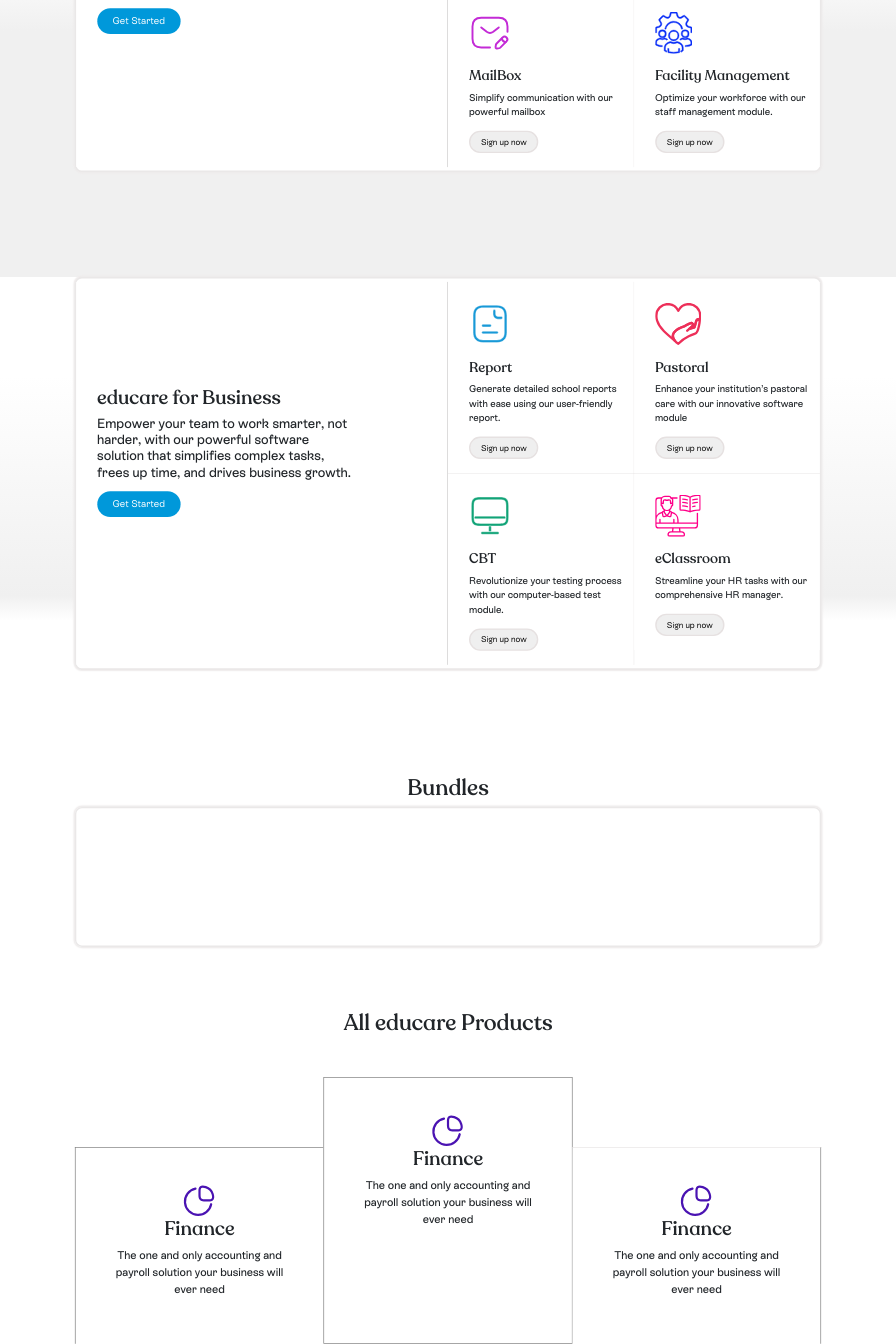
Repository: sarahnnanyelugo/educare-web
Page: /
These files come from the project's save history. The page is drawn as it stood at one moment and after the next save; the edit follows.
The browser window is 1280 px wide. The pictures show the part of the page from y = 1494 to 3414 px (the page is 3414 px tall), at 70% of full size.
The project was rebuilt for these pictures with package versions that can differ from the ones it lists, and the page was loaded fresh each time.

Above is the page before, as saved 2023-04-05 10:20:51.

### src/App.jsx
import React from "react";
import logo from "./logo.svg";
import "./App.scss";
import "bootstrap/dist/css/bootstrap.min.css";
import { BrowserRouter, Routes, Route, Link, Outlet } from "react-router-dom";
import NavBar from "./components/NavBar/NavBar";
import { Home } from "./pages/Home/Home";

function App() {
  return (
    <>
      {" "}
      <NavBar />
      <Routes>
        <Route path="/" element={<Home />} />
      </Routes>
    </>
  );
}

export default App;

### src/App.scss
@font-face {
  font-family: rebondG;
  src: url(./assets/fonts/Rebond_font/RebondG.otf);
}
@font-face {
  font-family: rebondG-Bold;
  src: url(./assets/fonts/Rebond_font/RebondG-Bold.otf);
}
@font-face {
  font-family: rebondG-Medium;
  src: url(./assets/fonts/Rebond_font/RebondGrotesqueMedium.otf);
}

@font-face {
  font-family: recoMedium;
  src: url(./assets/fonts/Recoleto-font/RecoletaAlt-Medium.ttf);
}

h1,
h2,
h3,
h4,
h5,
h6 {
  font-family: recoMedium;
}
p {
  font-family: rebondG-Medium;
}
@media screen and (min-width: 620px) {
  .flexy {
    display: flex;
  }
}

### src/components/NavBar/NavBar.tsx
import React from "react";
import Logo from "../../assets/images/educare-logo.png";
import { Link, NavLink } from "react-router-dom";
import "./_navbar.scss";

function NavBar() {
  return (
    <div className="navbar-container">
      <div className="logo-holder  ">
        {" "}
        <Link to={"/"}>
          {" "}
          <img className="   logo" src={Logo} alt="Scholar" />
        </Link>
      </div>
      <ul className=" list-inline list-unstyled nav-links-container">
        <li className="list-inline-item">
          <NavLink to={""} className="nav-links">
            Solutions{" "}
            <span>
              <i className="icofont-curved-down"></i>
            </span>
          </NavLink>
        </li>{" "}
        <li className="list-inline-item">
          <NavLink to={""} className="nav-links">
            Resources
          </NavLink>
        </li>{" "}
        <li className="list-inline-item">
          <NavLink to={""} className="nav-links">
            Pricing
          </NavLink>
        </li>{" "}
        <li className="list-inline-item">
          <NavLink to={""} className="nav-links">
            Support
          </NavLink>
        </li>
      </ul>
      <div className="nav-buttons">
        <button className="sign-in-button">Log in</button>
        <button className="get-started-button">Get Started</button>
      </div>
    </div>
  );
}

export default NavBar;

### src/pages/Home/Home.tsx
import React from "react";
import { RandomComponent } from "./RandomComponent/RandomComponent";
import "./_home.scss";
import RedIcon from "../../assets/images/red-dots.svg";
import BlueIcon from "../../assets/images/blue-dots.svg";
import YellowIcon from "../../assets/images/yellow-dots.svg";
import HalfCircle from "../../assets/images/half-circle.svg";
import People from "../../assets/images/people.svg";
import Mail from "../../assets/images/edit.svg";
import People2 from "../../assets/images/people2.svg";
import Pastoral from "../../assets/images/pastoral.svg";
import Chart from "../../assets/images/chart.svg";
import Screen from "../../assets/images/screen.svg";
import Classroom from "../../assets/images/read-book.svg";
import Features from "./Features/Features";
import EducareProducts from "./EducareProducts/EducareProducts";

export const Home = () => {
  return (
    <>
      <div className="col-md-12 modern-solutions-container">
        <center>
          <div className="col-md-6">
            <h1>Modern solution for your Business</h1>
            <p>
              Unlock Your Business’s Potential with Cutting-Edge Software
              Solutions Designed to Streamline Operations, Optimize Performance,
              and Drive Growth.
            </p>
            <button className="gs-button">Get started</button>
            <button className="request-button">Request for a demo</button>
          </div>
        </center>
      </div>
      <div className="col-md-12 actions-container">
        <div className="col-md-4">
          <div className="col-md-9">
            {" "}
            <RandomComponent
              title="Pick your tools"
              icon={RedIcon}
              paragraph=" Unlock Your Business Potential with Cutting-Edge Software  Solutions Designed to Streamline"
            />
          </div>
        </div>
        <div className="col-md-4">
          <div className="col-md-9">
            {" "}
            <RandomComponent
              title="work smart not hard"
              icon={YellowIcon}
              paragraph="Choose from our wide range of tools and select the ones that best fit Your business’s unique needs and goals.”"
            />
          </div>
        </div>
        <div className="col-md-4">
          <div className="col-md-9">
            {" "}
            <RandomComponent
              title="We’ve got your back"
              icon={BlueIcon}
              paragraph="You can count on our support and expertise every step of the way, so you can focus on your business’s growth and success."
            />
          </div>
        </div>
      </div>
      <div className="features-heading">
        <center>
          <h1>Featured Products</h1>
        </center>
      </div>
      <div
        className="col-md-12  flexy features-holder"
        style={{ paddingBottom: "150px" }}
      >
        <div className="col-md-1">&nbsp;</div>
        <div className="col-md-10  features-container flexy">
          <div className="col-md-6 first-container">
            <h3>educare for Business</h3>
            <p>
              Empower your team to work smarter, not harder, with our powerful
              software solution that simplifies complex tasks, frees up time,
              and drives business growth.
            </p>
            <button>Get Started</button>
          </div>
          <div className="col-md-6">
            <div className="col-md-12 flexy">
              {" "}
              <div className="col-md-6 right-features">
                <Features
                  feature="Finance"
                  detail="The one and only accounting and payroll solution your business will ever need"
                  icon={HalfCircle}
                />{" "}
              </div>{" "}
              <div className="col-md-6">
                <Features
                  feature="HR Manager"
                  detail="The one and only accounting and payroll solution your business will ever need"
                  icon={People2}
                />{" "}
              </div>
            </div>
            <div className="col-md-12 flexy second-grid">
              {" "}
              <div className="col-md-6 right-features">
                <Features
                  feature="MailBox"
                  detail="Simplify communication with our powerful mailbox"
                  icon={Mail}
                />{" "}
              </div>{" "}
              <div className="col-md-6">
                <Features
                  feature="Facility Management"
                  detail="Optimize your workforce with our staff management module."
                  icon={People}
                />{" "}
              </div>
            </div>
          </div>
        </div>
      </div>{" "}
      <div className="col-md-12  flexy features-holder2">
        <div className="col-md-1">&nbsp;</div>
        <div className="col-md-10  features-container flexy ">
          <div className="col-md-6 first-container">
            <h3>educare for Business</h3>
            <p>
              Empower your team to work smarter, not harder, with our powerful
              software solution that simplifies complex tasks, frees up time,
              and drives business growth.
            </p>
            <button>Get Started</button>
          </div>
          <div className="col-md-6">
            <div className="col-md-12 flexy">
              {" "}
              <div className="col-md-6 right-features">
                <Features
                  feature="Report"
                  detail="Generate detailed school reports with ease using our user-friendly report."
                  icon={Chart}
                />{" "}
              </div>{" "}
              <div className="col-md-6">
                <Features
                  feature="Pastoral"
                  detail="Enhance your institution’s pastoral care with our innovative software module"
                  icon={Pastoral}
                />{" "}
              </div>
            </div>
            <div className="col-md-12 flexy second-grid">
              {" "}
              <div className="col-md-6 right-features">
                <Features
                  feature="CBT"
                  detail="Revolutionize your testing process with our computer-based test module."
                  icon={Screen}
                />{" "}
              </div>{" "}
              <div className="col-md-6">
                <Features
                  feature="eClassroom"
                  detail="Streamline your HR tasks with our comprehensive HR manager."
                  icon={Classroom}
                />{" "}
              </div>
            </div>
          </div>
        </div>
      </div>
      <center className="mt">
        <h2>Bundles</h2>
      </center>
      <div className="col-md-12 bundles-container flexy">
        <div className="col-md-1">&nbsp;</div>
        <div className="col-md-10 bundles"></div>
      </div>
      <center className="mt9">
        <h2>All educare Products</h2>
      </center>
      <div className="col-md-12 flexy">
        <div className="col-md-1">&nbsp;</div>
        <div className="col-md-10  flexy products-container">
          <div className="col-md-4 first-product-column">
            <EducareProducts
              productName="Finance"
              productDetail="The one and only accounting and payroll solution your business will ever need"
              productIcon={HalfCircle}
            />
          </div>{" "}
          <div className="col-md-4 second-product-column">
            <EducareProducts
              productName="Finance"
              productDetail="The one and only accounting and payroll solution your business will ever need"
              productIcon={HalfCircle}
            />
          </div>
          <div className="col-md-4 third-product-column">
            <EducareProducts
              productName="Finance"
              productDetail="The one and only accounting and payroll solution your business will ever need"
              productIcon={HalfCircle}
            />
          </div>
        </div>
      </div>
    </>
  );
};

### src/components/NavBar/_navbar.scss
@import "../../variables";
@import "../../shared-styles";

.navbar-container {
  background: inherit;
  padding: 5px 80px;
  display: flex;

  .logo-holder {
    flex-grow: 1;
  }
  .nav-links-container {
    flex-grow: 1;
    margin-top: 20px;
    .nav-links {
      margin: 20px;
      color: #6f6f71;
      text-decoration: none;
      font-family: rebondG-Bold;
    }
    li {
      padding: 3px 0px;
      border-radius: 35px;
      transition: 0.5s ease;
      &:hover {
        background: rgb(224, 222, 222) !important;

        border: solid 1px grey;
      }
    }
  }
  .nav-buttons {
    .get-started-button {
      @include get-started-button;
      margin-left: 10px;
      margin-top: 20px;
    }
    .sign-in-button {
      @include login-or-signup-button;
      margin-top: 20px;
    }
  }
}

### src/pages/Home/RandomComponent/RandomComponent.tsx
import React from "react";
import "./_random-component.scss";
export interface RandomComponentProps {
  title: string;
  paragraph: string;
  icon: string;
}
export const RandomComponent = (props: RandomComponentProps) => {
  return (
    <div className="col-md-12 random-container">
      <div className="heading">
        {" "}
        <img className="" src={props.icon} alt="Scholar" width="100%" />
        <h3>{props.title}</h3>
      </div>
      <p>{props.paragraph}</p>
    </div>
  );
};

### src/pages/Home/_home.scss
@import "../../variables";
@import "../../shared-styles";

.modern-solutions-container {
  padding-top: 80px;
  padding-bottom: 150px;
  background: rgb(240, 240, 240);
  background: linear-gradient(
    0deg,
    rgba(240, 240, 240, 1) 51%,
    rgba(255, 255, 255, 1) 67%
  );

  h1 {
    font-family: recoMedium;
  }
  p {
    font-family: rebondG-Medium;
    font-size: 20px;
    margin-top: 15px;
  }
  .gs-button {
    @include get-started-button;
  }
  .request-button {
    @include login-or-signup-button;
    margin-left: 5px;
  }
}
.actions-container {
  background: $lightblue;
  height: fit-content;
  display: flex;
  padding: 80px 100px;
}
.features-heading {
  margin-top: 170px;
  margin-bottom: 90px;
}
.features-container {
  border: solid 2px rgb(234, 232, 232);
  box-shadow: 0 0 2px 2px rgb(238, 235, 235);
  border-radius: 10px !important;
  height: fit-content;
  // margin-top: 20px;
  padding-bottom: 5px;
  padding-top: 5px;
  background: #fff;
  .first-container {
    padding-right: 130px;
    background: #fff;
    padding-left: 30px;
    border-right: solid 1px rgb(206, 205, 205);
    h3 {
      margin-top: 150px;
    }
    p {
      font-size: 19px;
      line-height: 23px;
    }
    button {
      @include get-started-button;
      margin-bottom: 120px;
    }
  }
  .second-grid {
    border-top: solid 1px rgb(231, 228, 228);
    // box-shadow: 0 0 1px 1px rgb(238, 235, 235);
  }
  .right-features {
    // box-shadow: 0 0 1px 1px rgb(238, 235, 235);
    border-right: solid 1px rgb(231, 228, 228);
  }
}
.features-holder {
  background: rgb(240, 240, 240);
  background: linear-gradient(
    0deg,
    rgba(240, 240, 240, 1) 51%,
    rgba(255, 255, 255, 1) 67%
  );
}
.features-holder2 {
  background: rgb(255, 255, 255);
  background: linear-gradient(
    0deg,
    rgba(255, 255, 255, 1) 31%,
    rgba(240, 240, 240, 1) 36%,
    rgba(255, 255, 255, 1) 80%
  );
  padding-bottom: 150px;
}
.bundles {
  border: solid 2px rgb(234, 232, 232);
  box-shadow: 0 0 2px 2px rgb(238, 235, 235);
  border-radius: 10px !important;
  height: 200px;
  // margin-top: 20px;
  padding-bottom: 5px;
  padding-top: 5px;
}
.products-container {
  .first-product-column {
    padding: 50px 40px;
    background: #ffff;
    border-top: solid 1px grey;
    border-left: solid 1px grey;
    margin-top: 150px;
  }
  .second-product-column {
    padding: 50px 40px;
    background: #ffff;
    border: solid 1px grey;

    margin-top: 50px;
  }
  .third-product-column {
    padding: 50px 40px;
    background: #ffff;
    border-top: solid 1px rgb(233, 229, 229);
    border-right: solid 1px grey;
    margin-top: 150px;
  }
}

### src/pages/Home/Features/Features.tsx
import React from "react";
import "./_features.scss";
export interface featuresProps {
  feature: string;
  detail: string;
  icon: string;
}
export const Features = (props: featuresProps) => {
  return (
    <>
      <div className="col-md-12 features">
        <img className="" src={props.icon} alt="Scholar" />
        <h5>{props.feature}</h5>
        <p>{props.detail}</p>
        <button>Sign up now</button>
      </div>
    </>
  );
};

export default Features;

### src/pages/Home/EducareProducts/EducareProducts.tsx
import React from "react";
import './educare-products.scss'
export interface ProductComponentProps {
  productName: string;
  productDetail: string;
  productIcon: string;
}
export const EducareProducts = (props: ProductComponentProps) => {
  return (
    <>
      <div className="col-md-12 educare-products">
        <center>
          <img
            className=""
            src={props.productIcon}
            alt="Scholar"
            width="100%"
          />
          <h3>{props.productName}</h3>
          <p>{props.productDetail}</p>
        </center>
      </div>
    </>
  );
};

export default EducareProducts;

### src/_variables.scss
$blue: #0098da;
$lightblue: #e1f2fa;

@mixin get-started-button {
  background-color: $blue;
  color: #fff;
  border-radius: 35px;
  border: none;
  padding: 8px 22px;
  font-size: 14px;
  font-family: rebondG;
  &:hover {
    background: #005b83;
    transition: 0.5s ease;
  }
}
@mixin login-or-signup-button {
  baclground: #fff;
  color: black;
  border-radius: 20px;
  padding: 5px 15px;
  font-size: 12px;
  border: none;
  border: solid 2px rgb(230, 225, 225);
  font-family: rebondG;
  &:hover {
    background: grey;
    transition: 0.5s ease;
  }
}

### src/_shared-styles.scss
.mt1 {
  margin-top: 10px;
}
.mt2 {
  margin-top: 20px;
}
.mt3 {
  margin-top: 30px;
}
.mt4 {
  margin-top: 40px;
}
.mt5 {
  margin-top: 50px;
}
.mt6 {
  margin-top: 60px;
}
.mt7 {
  margin-top: 70px;
}
.mt8 {
  margin-top: 80px;
}
.mt9 {
  margin-top: 90px;
}

### src/pages/Home/RandomComponent/_random-component.scss
.random-container {
  img {
    width: 20px;
    // margin-right: 10px;
  }
  .heading {
    display: flex;
    h3 {
      font-family: recoMedium;
      margin-left: 10px;
    }
  }
  p {
    font-family: rebondG-Medium;
    margin-left: 30px;
    font-size: 17px;
  }
}

### src/pages/Home/Features/_features.scss
@import "../../../variables";
@import "../../../shared-styles";

.features {
  padding-left: 30px;
  height: fit-content;
  padding-bottom: 20px;
  background: #fff;
  img {
    height: 60px;
    margin-left: 0 !important;
    margin-top: 30px;
    margin-bottom: 20px;
  }
  button {
    @include login-or-signup-button;
    // margin-bottom: 50px;
  }
  p {
    font-size: 14px;
  }
}

### src/pages/Home/EducareProducts/educare-products.scss
.educare-products {
  img {
    height: 50px;
  }
}

Loaded but not shown: public/index.html (common file); src/index.tsx (common file); src/index.css (common file); src/reportWebVitals.ts (common file)

After the next save:
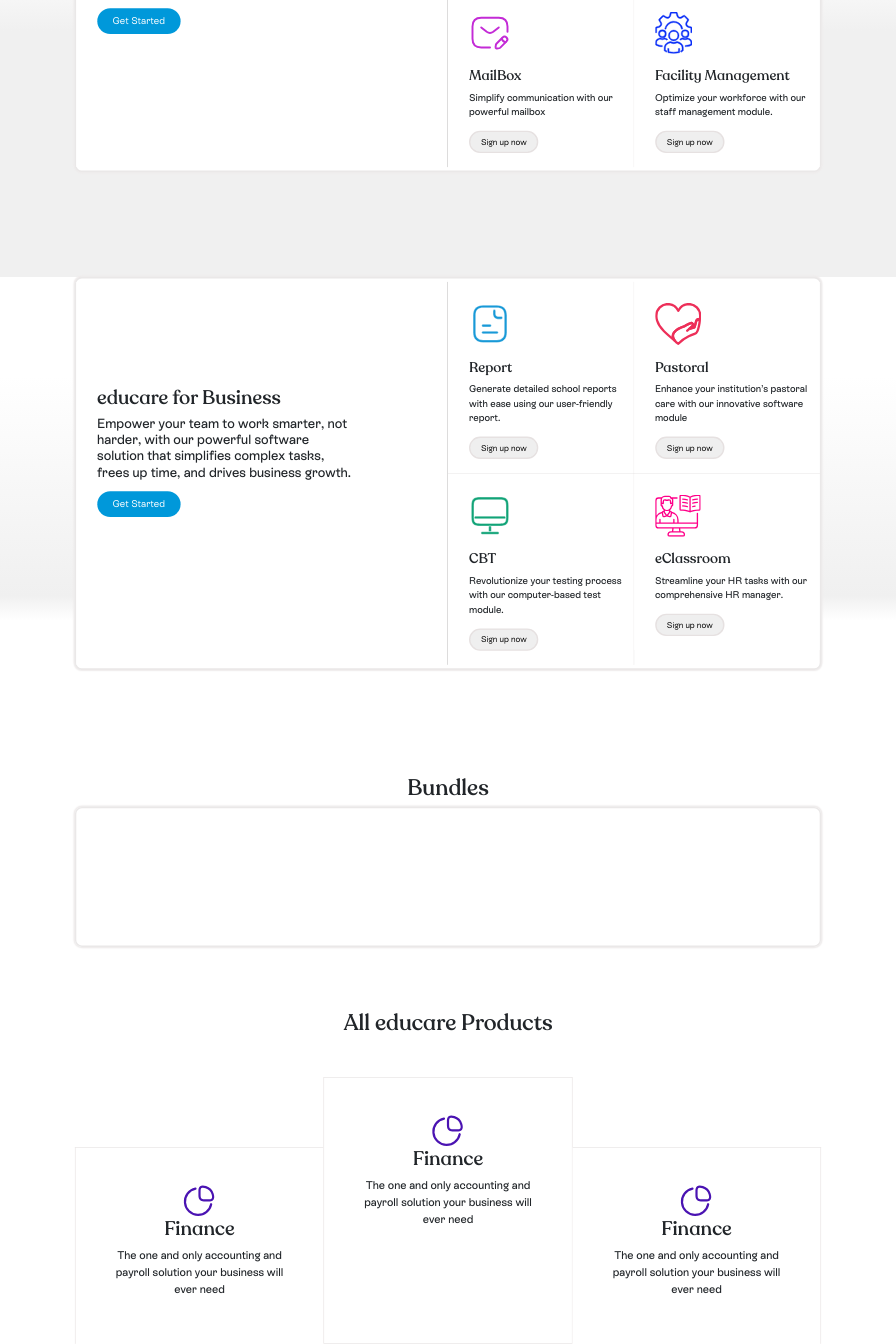
Saved 28 s later.
--- a/src/pages/Home/_home.scss
+++ b/src/pages/Home/_home.scss
@@ -103,14 +103,14 @@
   .first-product-column {
     padding: 50px 40px;
     background: #ffff;
-    border-top: solid 1px grey;
-    border-left: solid 1px grey;
+    border-top: solid 1px rgb(233, 229, 229);
+    border-left: solid 1px rgb(233, 229, 229);
     margin-top: 150px;
   }
   .second-product-column {
     padding: 50px 40px;
     background: #ffff;
-    border: solid 1px grey;
+    border: solid 1px rgb(233, 229, 229);
 
     margin-top: 50px;
   }
@@ -118,7 +118,7 @@
     padding: 50px 40px;
     background: #ffff;
     border-top: solid 1px rgb(233, 229, 229);
-    border-right: solid 1px grey;
+    border-right: solid 1px rgb(233, 229, 229);
     margin-top: 150px;
   }
 }
